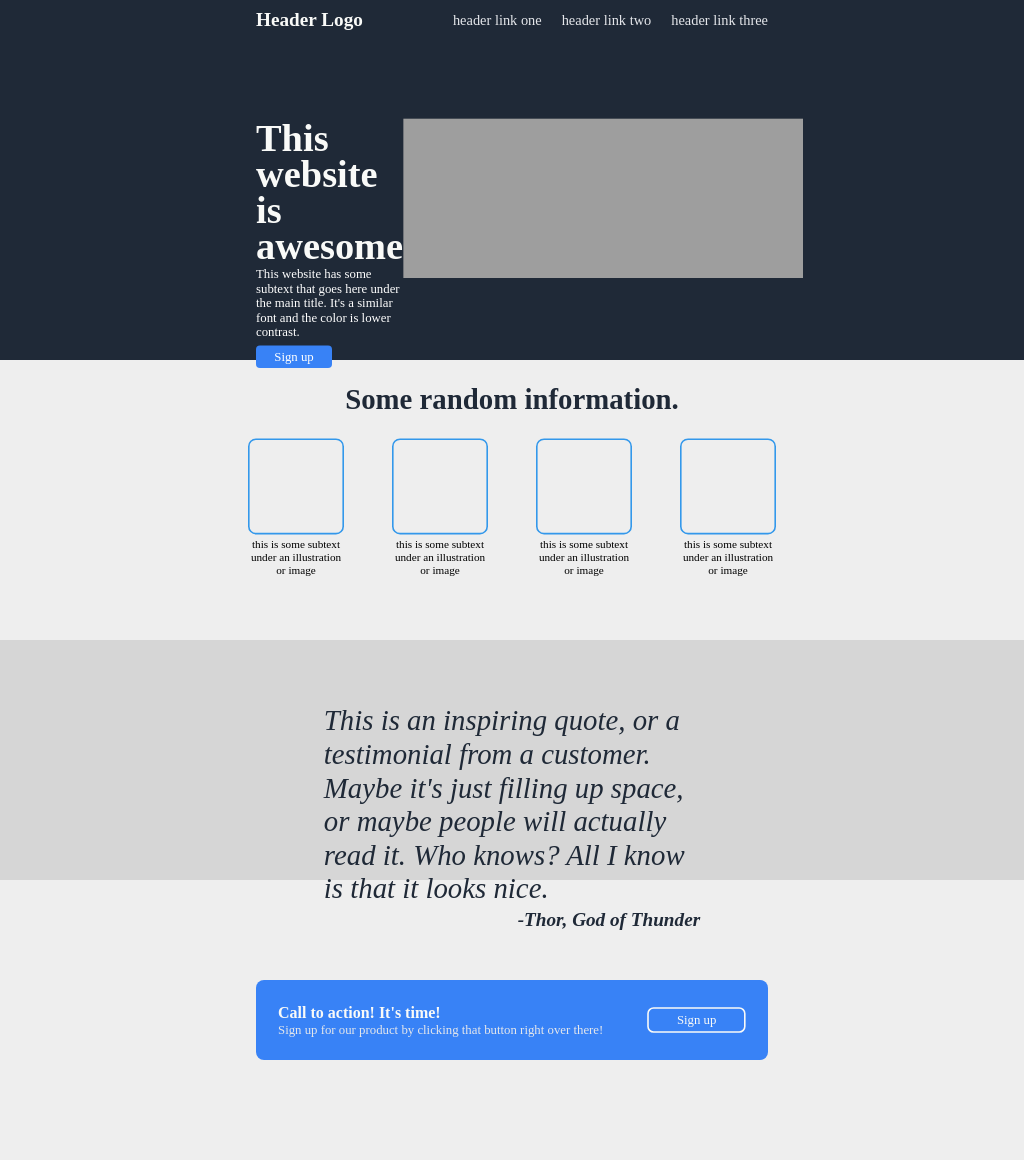
Repository: Pafestivo/Dummy-Landing-Page
Page: index.html
The author's editor kept a copy of each file at every save. The page is drawn from the files as they stood at one save, then again after the next save.
The browser window is 1280 px wide. The pictures show the whole page, at 80% of full size.
Pictures or frames that could not be fetched are drawn as grey boxes.

Above is the page before, as saved 2022-09-26 19:42:40.

### index.html
<!DOCTYPE html>
<html lang="en">
<head>
    <meta charset="UTF-8">
    <meta name="viewport" content="width=device-width, initial-scale=1.0">
    <link rel="stylesheet" href="styles.css">
    <title>Landing Page</title>
</head>
<body>
    <header>
        <div class="container">
            <h1>Header Logo</h1>
            <nav>
                <a href="#">header link one</a>
                <a href="#">header link two</a>
                <a href="#">header link three</a>
            </nav>
        </div> <!-- /container-->
    </header>
    <main>
        <section class="first">
            <div class="container">

                <div class="right">
                    <h1>This website is awesome</h1>
                    <p>This website has some subtext that goes here under the main title. It's a similar font and the color is lower contrast.</p>
                    <a href="#">Sign up</a>
                </div> <!-- /right -->

                <div class="left">
                    <img src="images/office.jpg" alt="Office desk photo" />
                </div> <!-- /left -->

            </div> <!-- /container-->
        </section> <!-- /first -->

        <section class="second">
            <div class="container">

                <h1>Some random information.</h1>
                <div class="boxes">
                    <div class="info">
                        <div class="box"></div>
                        <div class="box-info">
                            <p>this is some subtext under an illustration or image</p>
                        </div> <!-- /box-info -->
                    </div> <!-- /info -->

                    <div class="info">
                        <div class="box"></div>
                        <div class="box-info">
                            <p>this is some subtext under an illustration or image</p>
                        </div> <!-- /box-info -->
                    </div> <!-- /info -->

                    <div class="info">
                        <div class="box"></div>
                        <div class="box-info">
                            <p>this is some subtext under an illustration or image</p>
                        </div> <!-- /box-info -->
                    </div> <!-- /info -->

                    <div class="info">
                        <div class="box"></div>
                        <div class="box-info">
                            <p>this is some subtext under an illustration or image</p>
                        </div> <!-- /box-info -->
                    </div> <!-- /info -->

                </div> <!-- /boxes-->
            </div> <!-- /container-->
        </section> <!-- /second -->

        <section class="third">
            <div class="container">
                <p>This is an inspiring quote, or a testimonial from a customer. Maybe it's just filling up space, or maybe people will actually read it. Who knows? All I know is that it looks nice.</p>
                <p class="quote-owner">-Thor, God of Thunder</p>
            </div> <!-- /container-->
        </section> <!-- /third -->

        <section class="fourth">
            <div class="container">
                <div class="coa">
                    <div class="side">
                        <h1>Call to action! It's time!</h1>
                        <p>Sign up for our product by clicking that button right over there!</p>
                    </div> <!-- /right -->
                    <a href="#">Sign up</a>
                </div>
            </div> <!-- /container-->
        </section> <!-- /fourth -->

        <footer>

        </footer>
    </main>
</body>
</html>

### styles.css
* {
  padding: 0;
  margin: 0;
  box-sizing: border-box;
}

body {
  font-family: serif;
  background-color: #eee;
}

.container {
  width: 50vw;
  margin: 0 auto;
}

a {
  text-decoration: none;
  color: inherit;
}

/* header bar */
header {
  display: flex;
  align-items: center;
  background-color: #1F2937;
  color: #fff;
  height: 50px;
}

header h1 {
  font-size: 24px;
  color: #F9FAF8;
}

header .container {
  display: flex;
  justify-content: space-between;
}

header nav {
  display: flex;
  align-items: center;
  gap: 25px;
}

header a {
  font-size: 18px;
  color: #E5E7EB;
}
/* End header bar  */

/* First section  */
.first {
  background-color: #1F2937;
  height: 400px;
  color: #fff;
}

.first .container {
  display: flex;
  align-items: center;
  justify-content: space-between;
  height: 100%;
}

.right {
  display: flex;
  flex-direction: column;
  gap: 4px;
  height: 200px;
  width: 40%;
}

.right h1 {
  font-size: 48px;
  font-weight: extra-bold;
  color: #F9FAF8;
  line-height: 45px;
}

right p {
  font-size: 18px;
  color: #E5E7EB;
}

.first img {
  width: 500px;
  height: 200px;
}

.first a {
  background-color: #3882F6;
  width: 95px;
  padding: 5px;
  border-radius: 5px;
  margin-top: 4px;
  text-align: center;

}
/* End first section  */

/* Second section */
.second {
  height: 350px;
}

.second h1 {
  text-align: center;
  font-size: 36px;
  font-weight: extra-bold;
  color: #1F2937;
  padding: 28px 0 28px 0;
}

.boxes {
  display: flex;
  justify-content: center;
  gap: 60px;
}

.box {
  width: 120px;
  height: 120px;
  border: 2px solid hsl(207, 82%, 56%);
  border-radius: 10px;
}

.box-info {
  margin-top: 5px;
  width: 120px;
  font-size: 14px;
  text-align: center;
}
/* End second section  */

/* Third section  */
.third {
  background-color: #d6d6d6;
  height: 300px;
  padding: 80px;
}

.third .container {
  display: flex;
  width: 42%;
  flex-direction: column;
}

.third p {
  font-size: 36px;
  font-style: italic;
  color: #1F2937;
}

.third .quote-owner {
  font-size: 24px;
  align-self: flex-end;
  font-style: none;
  font-weight: bold;
  margin-top: 5px;
}
/* End third section  */

/* Fourth section */
.fourth {
  height: 350px;
  display: flex;
  align-items: center;
}

.coa {
  display: flex;
  justify-content: space-around;
  align-items: center;
  width: 100%;
  height: 100px;
  border-radius: 10px;
  background-color: #3882F6;
}

.coa h1 {
  font-size: 20px;
  color: #F9FAF8;
}

.coa p {
  color: #E5E7EB;
}

.coa a {
  padding: 5px 35px;
  color: #F9FAF8;
  border: 2px solid #F9FAF8;
  border-radius: 8px;
}
/* End fourth section */

After the next save:
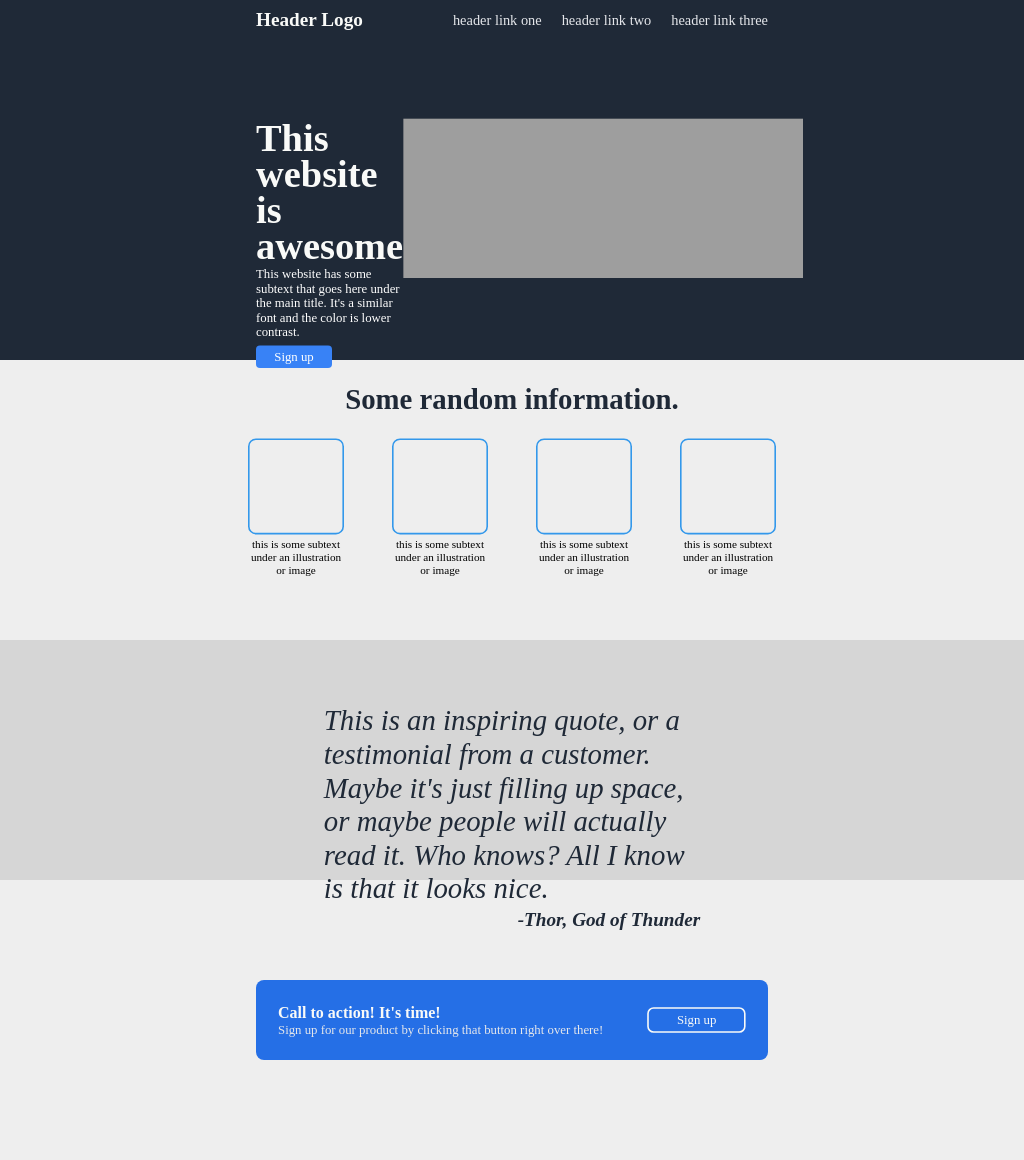
Saved 40 s later.
--- a/styles.css
+++ b/styles.css
@@ -176,7 +176,7 @@ right p {
   width: 100%;
   height: 100px;
   border-radius: 10px;
-  background-color: #3882F6;
+  background-color: #256fe6;
 }
 
 .coa h1 {
